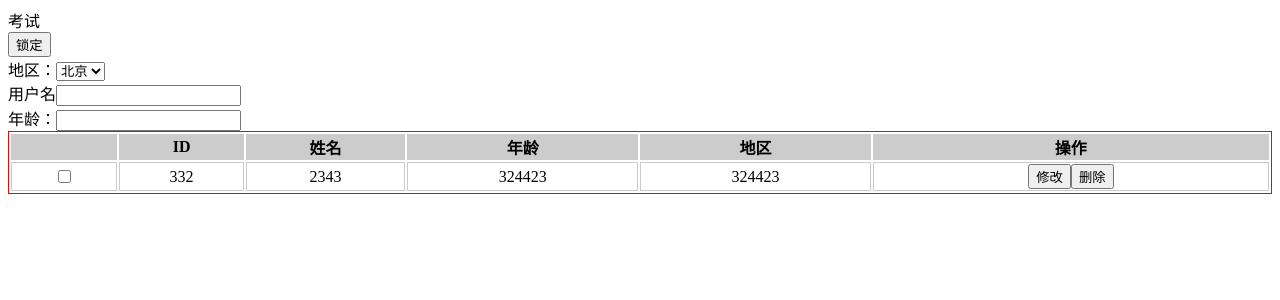
Repository: Sjl-2114/2006z
Page: / (app in A卷/vue-kaoshi/)
The author's editor kept a copy of each file at every save. The page is drawn from the files as they stood at one save, then again after a run of saves.
The browser window is 1280 px wide. The pictures show the whole page.
The project was rebuilt for these pictures with package versions that can differ from the ones it lists, and the page was loaded fresh each time.

Above is the page before, as saved 2021-04-28 16:01:34.

### A卷/vue-kaoshi/src/App.vue
<template>
  <div>
    考试
    <br>
    <button>{{das}}</button>
    <br>
    <span>地区：</span>
    <select >
      <option :value="item.name" v-for="(item, index) in list" :key="index">
          {{item.name}}
      </option>
    </select>
    <br>
    <span>用户名</span>
    <input type="text" v-model="username">
    <br>
    <span>年龄：</span>
    <input type="number" v-model="age">
    <br>
    <table style="width:100%" class="table">
        <thead>
          <tr>
            <th></th>
            <th>ID</th>
            <th>姓名</th>
            <th>年龄</th>
            <th>地区</th>
            <th>操作</th>

          </tr>
        </thead>
        <tbody>
          <tr>
            <td>
              <input type="checkbox">
            </td>
            <td>332</td>
            <td>2343</td>
            <td>324423</td>
            <td>324423</td>
            <td>
              <button>修改</button>
              <button>删除</button>
            </td>
          </tr>
        </tbody>

    </table>
  </div>
</template>
<script>
  import data from '../public/data.json'
export default {
  data() {
    return {
      das:'锁定',
      list: data.data,
      usename:'',
      age:'',

    }
  },
  methods:{

  },

}
</script>
<style>
  .table{
    text-align: center;
    border: 1px solid red;
  }
  thead{
    background: #ccc;
  }
  td{
    border: 1px solid #ccc;
  }
</style>

### A卷/vue-kaoshi/public/data.json
{
  "data": [
    {
      "id": 1,
      "name": "北京"
    },
    {
      "id": 2,
      "name": "上海"
    },
    {
      "id": 3,
      "name": "广州"
    },
    {
      "id": 4,
      "name": "成都"
    }
  ]
}

Loaded but not shown: A卷/vue-kaoshi/public/index.html (common file); A卷/vue-kaoshi/src/main.js (common file)

After the next 5 saves:
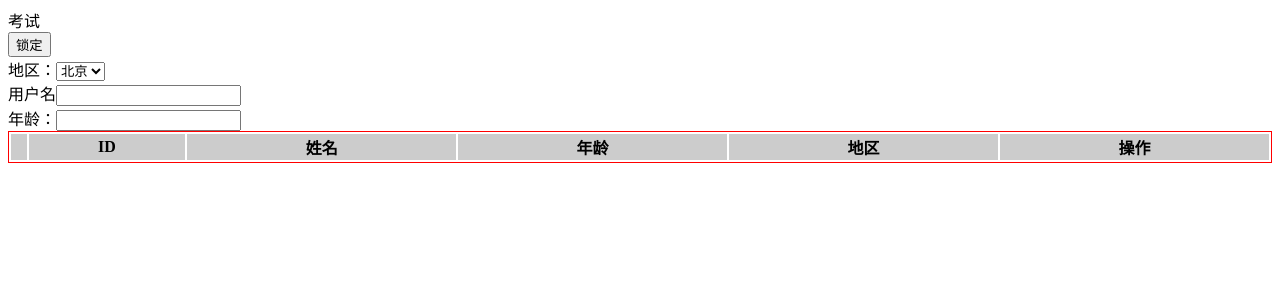
The 5 saves are shown as one change because they came seconds apart.
The last was saved 35 s later.
--- a/A卷/vue-kaoshi/src/App.vue
+++ b/A卷/vue-kaoshi/src/App.vue
@@ -30,7 +30,7 @@
           </tr>
         </thead>
         <tbody>
-          <tr>
+          <tr v-for="(item, index) in items" :key="index">
             <td>
               <input type="checkbox">
             </td>
